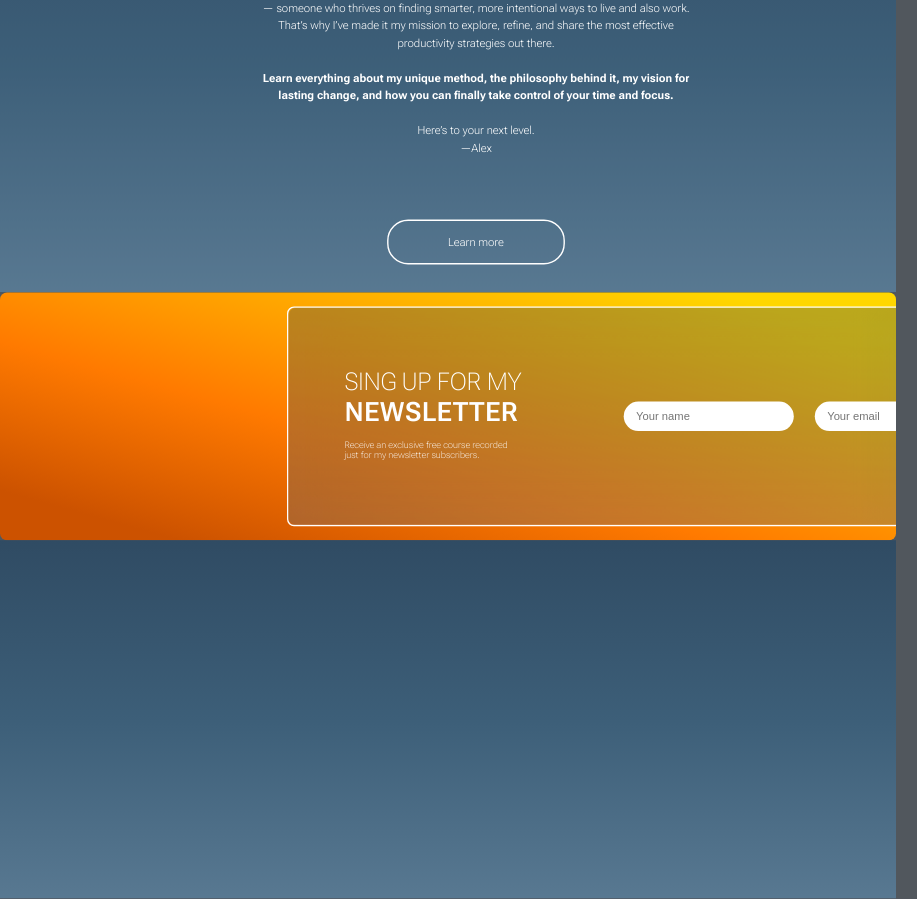
Repository: Parnicoza/testecomplete
Page: Productivity.copie.html
These files come from the project's save history. The page is drawn as it stood at one moment and after the next save; the edit follows.
The browser window is 1280 px wide. The page is 1310 px wide, so the pictures cover 1310 px, including what lies to the right of the window. The pictures show the part of the page from y = 964 to 2844 px (the page is 2248 px tall before and 2844 px after), at 70% of full size.

Above is the page before, as saved 2025-05-30 14:01:29.

After the next save:
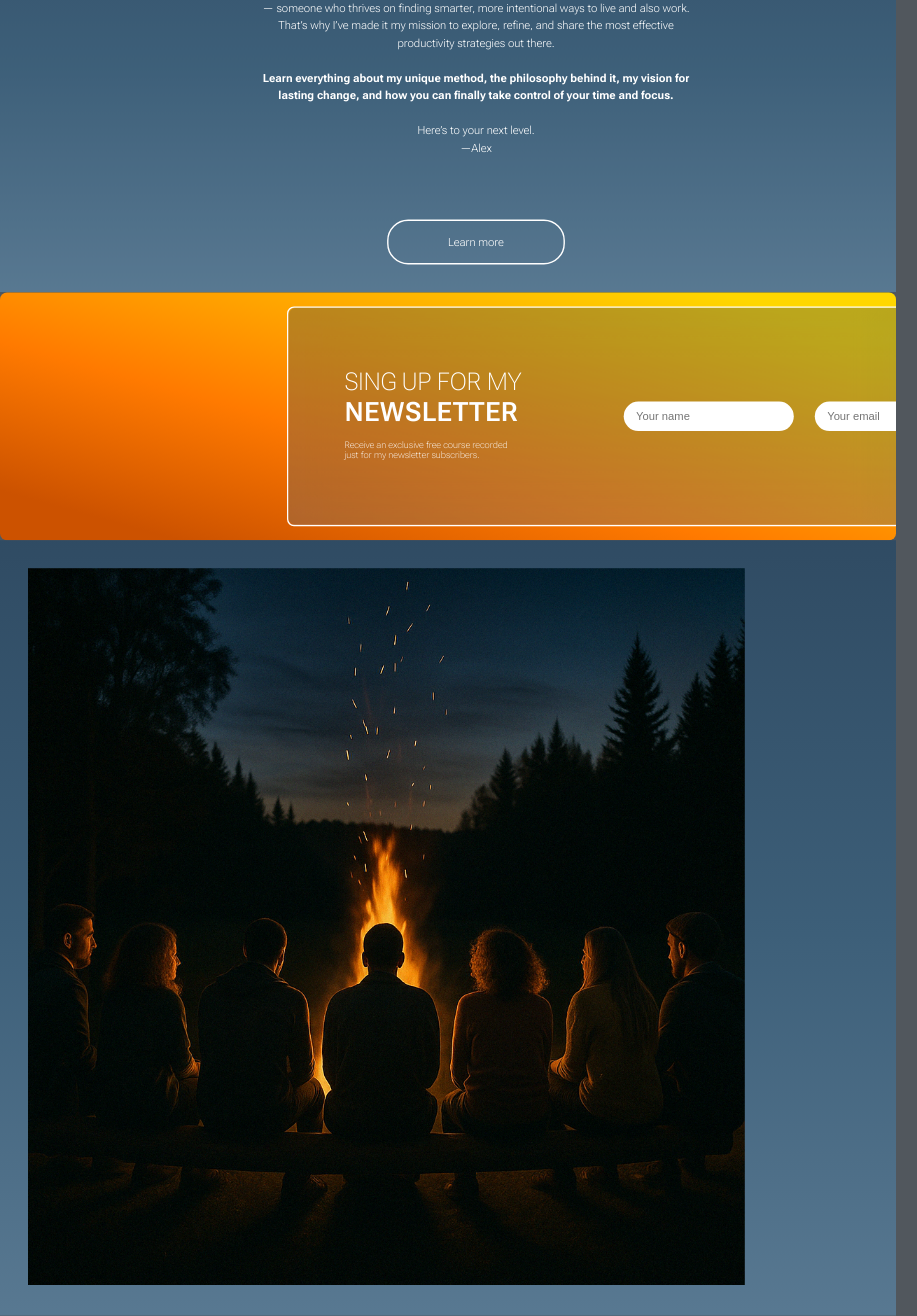
Saved 5 min 28 s later.
--- a/Productivity.copie.html
+++ b/Productivity.copie.html
@@ -81,6 +81,9 @@
     </div>
 
     <div class="COURSES">
+        <div class="imaginidesprecurs">
+            <img src="imaginitestecomplete/campfire.png" alt="Campfire Image">
+        </div>
 
     </div>
 </body>
